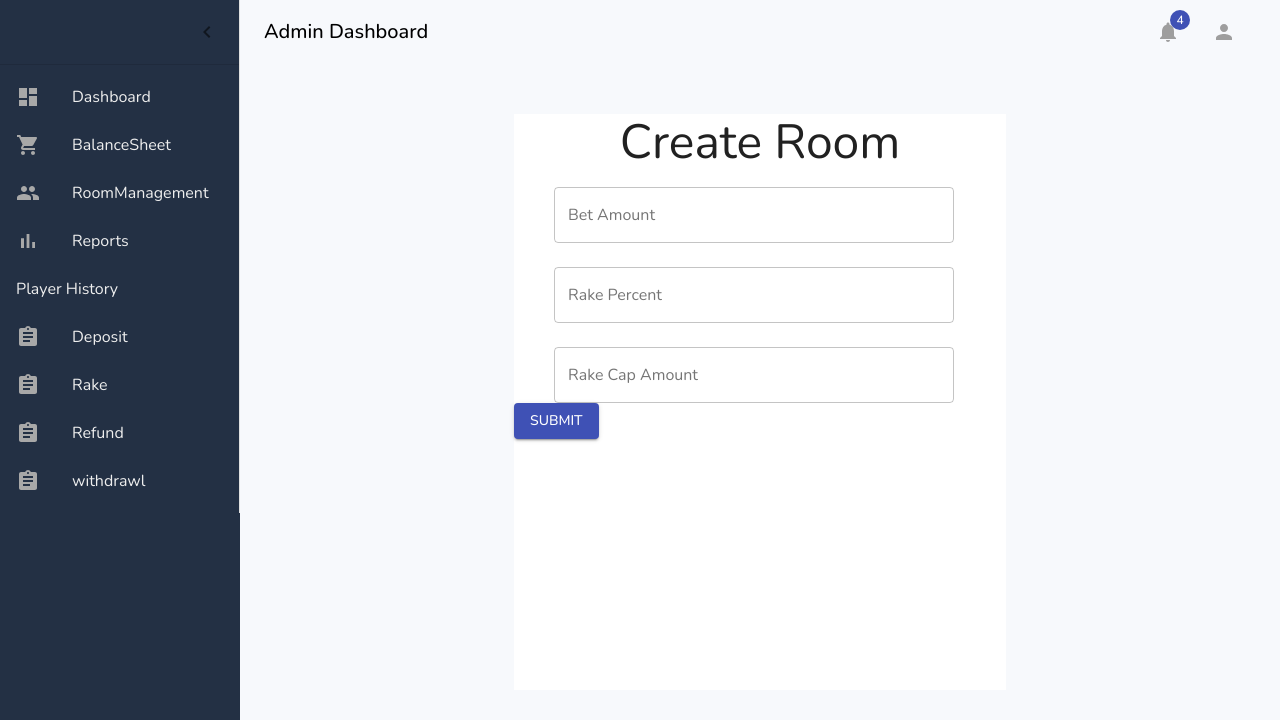
Repository: imayankbisht/ludofrontend
Page: /create
The author's editor kept a copy of each file at every save. The page is drawn from the files as they stood at one save, then again after the next save.
The browser window is 1280 px wide. The pictures show the whole page.
The project was rebuilt for these pictures with package versions that can differ from the ones it lists, and the page was loaded fresh each time. Also part of the build but not shown: src/Components/Title.js, src/Components/Cards/Deposits.js, src/Components/Cards/Cashout.js, src/Components/Cards/Netbalance.js, src/Components/Cards/Rake.js, src/Components/Cards/Refund.js, src/Components/UserControl.js, src/Components/UserTable.js and 5 more.

Above is the page before, as saved 2021-01-20 13:09:37.

After the next save:
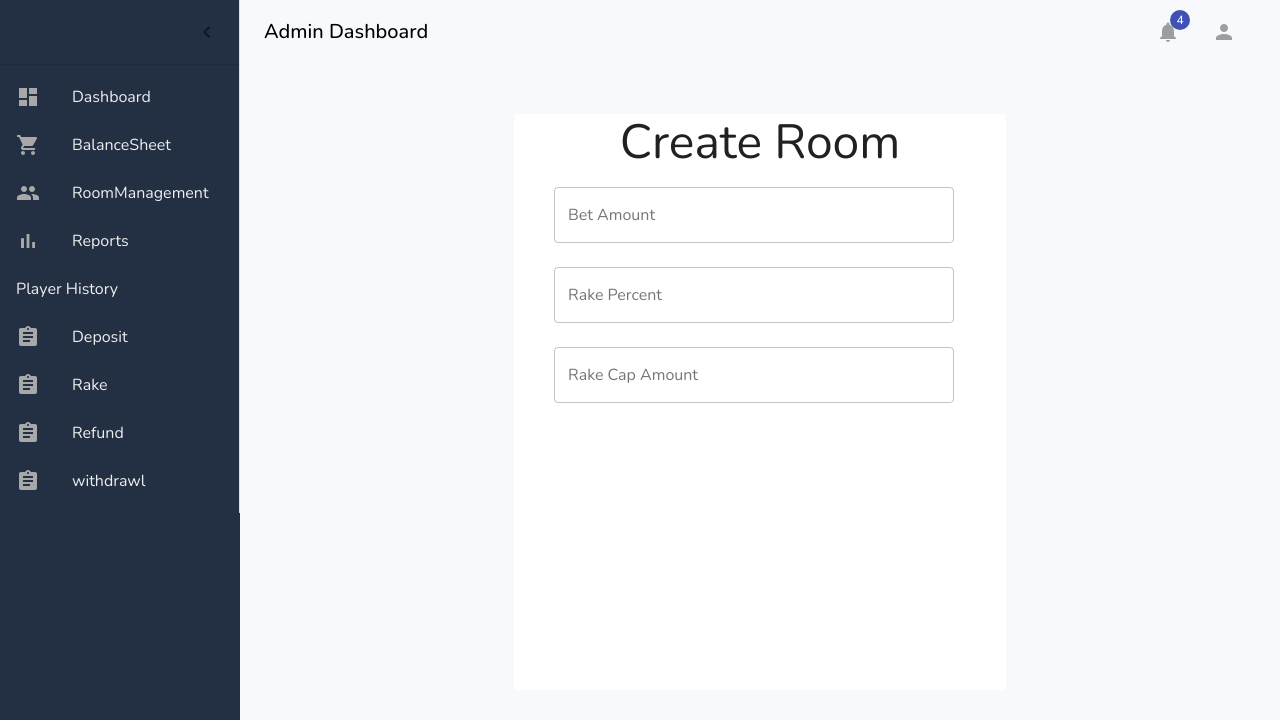
Saved 39 s later.
--- a/src/Components/UserForm.js
+++ b/src/Components/UserForm.js
@@ -102,9 +102,7 @@ export default function UserForm(props){
                       />
                    </Grid>
                 </Grid>
-                <Button type="submit" variant="contained" color="primary">
-                   Submit
-                </Button>
+
             </form>
             </Typography>
             </Container>
